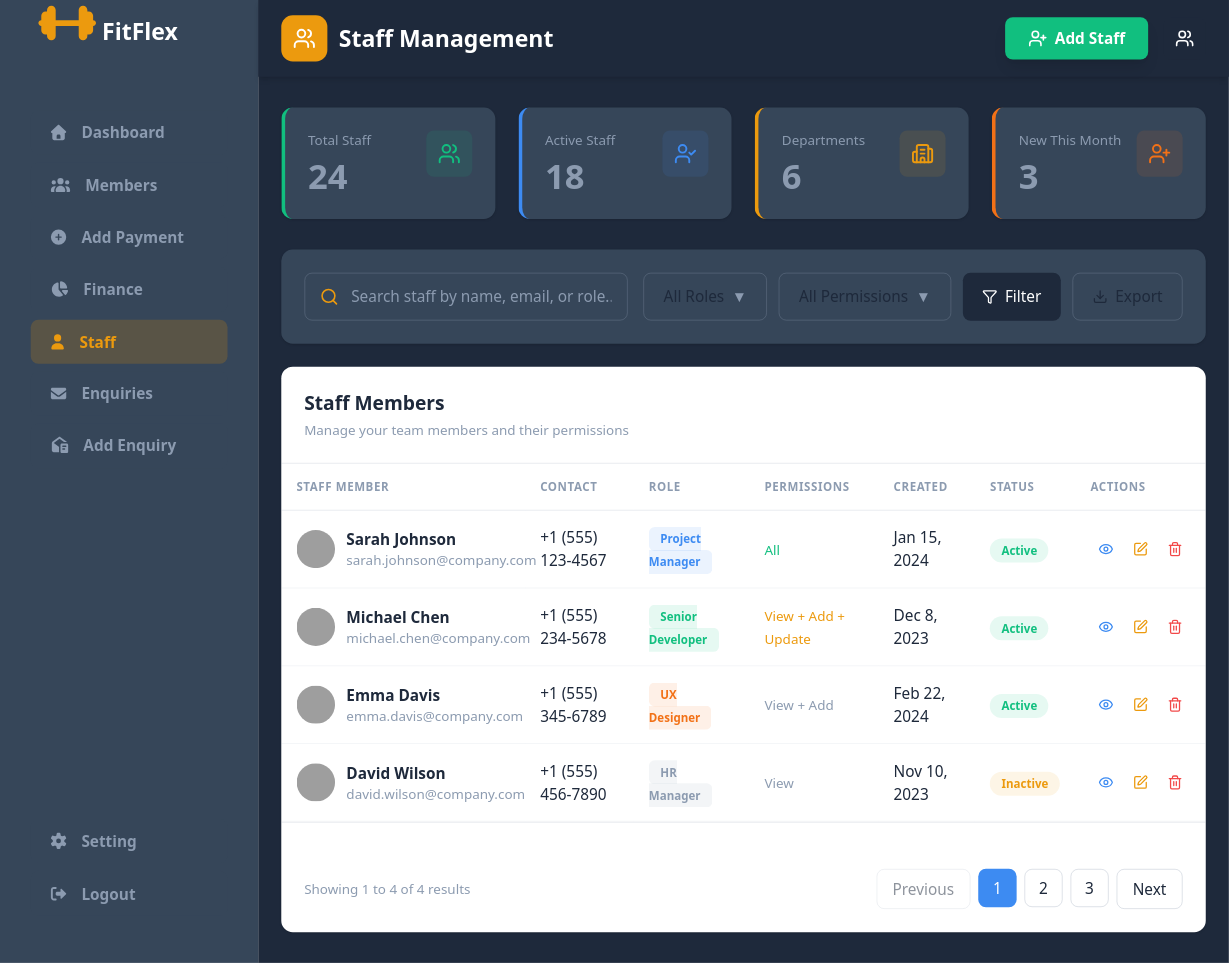
Repository: MuhammadTalhaTaj/gym_management_app_backend
Page: /staff (app in frontend/)
These files come from the project's save history. The page is drawn as it stood at one moment and after the next save; the edit follows.
The browser window is 1280 px wide. The pictures show the whole page, at 96% of full size.
Pictures or frames that could not be fetched are drawn as grey boxes. The project was rebuilt for these pictures with package versions that can differ from the ones it lists, and the page was loaded fresh each time. Also part of the build but not shown: frontend/vite.config.ts, frontend/src/assets/styles/AdminHeader.css, frontend/src/Components/AdminHeader.tsx, frontend/src/assets/styles/AdminDashboard.css, frontend/src/hooks/useDashboardData.ts, frontend/src/assets/styles/AdminDashboardStats.css, frontend/src/Components/AdminDashboardStats.tsx, frontend/src/Components/IncomeExpenseChart.tsx and 30 more.

Above is the page before, as saved 2025-11-21 10:00:24.

### frontend/index.html
<!doctype html>
<html lang="en">

<head>
  <meta charset="UTF-8" />
  <link rel="icon" type="image/svg+xml" href="/vite.svg" />
  <meta name="viewport" content="width=device-width, initial-scale=1.0" />
  <title>GymManagement</title>
  <link rel="preconnect" href="https://fonts.googleapis.com" />
  <link rel="preconnect" href="https://fonts.gstatic.com" crossorigin />
  <link rel="stylesheet" href="https://fonts.googleapis.com/css2?family=Roboto:wght@300;400;500;700&display=swap" />

</head>

<body>
  <div id="root"></div>
  <script type="module" src="/src/main.tsx"></script>
</body>

</html>

### frontend/src/index.css
@import "tailwindcss";
:root{
  padding: 0;
  margin: 0;
  box-sizing: border-box;
  --primary-100:#364659;
  --primary-200:#1E293B;
  --primary-300:#8C9BB0;
  --secondary-100: #EC9A0E;
  --secondary-200:#595446;
  --tertiary-100: #F24949;
  --tertiary-100-30: #584252;
  --tertiary-200: #F47117;
  --tertiary-200-30: #5A4B48;
  --tertiary-300: #11BF7F;
  --tertiary-300-30: #2B595E;
  --tertiary-400: #3D8BF2;
  --tertiary-400-30: #344E75;
  --tertiary-500: #94A3B8;
  --tertiary-600: #1E293B;
}
body{
  padding: 0;
  margin: 0;
}
.adminMain{
  display: flex;
  margin: 0;
  justify-content: space-between;
  padding: 0;
  /* border: 2px solid blue; */
}
@media all and (max-width:700px) {
  .adminMain{
    flex-direction: column;
  }
}

### frontend/src/Components/ProtectedRoute.tsx
import React, { useEffect, useState } from "react";
// import { Navigate } from "react-router-dom";
import { apiRequest } from "../config/api";

type Props = {
  children: React.ReactNode;
};

const getStoredToken = (): string | null => {
  return localStorage.getItem("accessToken") || sessionStorage.getItem("accessToken");
};

export default function ProtectedRoute({ children }: Props) {
  const [status, setStatus] = useState<"pending" | "ok" | "unauth">("pending");

  useEffect(() => {
    let mounted = true;

    const token = getStoredToken();
    if (!token) {
      // no token -> immediately unauth
      if (mounted) setStatus("unauth");
      return;
    }

    const validate = async () => {
      try {
        // call backend authenticate endpoint
        const res = await apiRequest<{ success?: boolean; message?: string; userId?: string }>({
          method: "GET",
          endpoint: "/auth/authenticate"
        });

        // backend returns success:true on valid token
        if (mounted && res && (res as any).success === true) {
          setStatus("ok");
        } else {
          // treat missing success flag as unauth
          if (mounted) setStatus("unauth");
        }
      } catch (err) {
        // any error -> unauth
        if (mounted) setStatus("unauth");
      }
    };

    validate();

    return () => { mounted = false; };
  }, []);

  if (status === "pending") {
    // while checking, render nothing (keep UI/layout unchanged)
    return null;
  }

  if (status === "unauth") {
    // clear tokens to ensure clean state, then redirect
    try {
      localStorage.removeItem("accessToken");
      sessionStorage.removeItem("accessToken");
    } catch (e) {
      // ignore
    }
    // return <Navigate to="/login" replace />;
  }

  // auth ok
  return <>{children}</>;
}

### frontend/src/context/AuthContext.tsx
// src/context/AuthContext.tsx (example)
import React, { createContext, useEffect } from "react";
import { onAuthFailure,
  // setAccessToken as storeAccessToken,
   clearTokens } from "../config/auth";
import { useNavigate } from "react-router-dom";

export const AuthContext = createContext<any>(null);

export const AuthProvider: React.FC<{children:any}> = ({ children }) => {
  const navigate = useNavigate();

  useEffect(() => {
    onAuthFailure(() => {
      // clear local tokens and redirect to login
      clearTokens();
      navigate("/login");
    });
  }, [navigate]);

  return <AuthContext.Provider value={{}}>{children}</AuthContext.Provider>;
};

### frontend/src/pages/Admin/Staff.tsx
import React, { useState } from 'react';
import { Search, Download, Filter, Eye, Edit, Trash2, UserPlus, Users, UserCheck, Building2 } from 'lucide-react';

// Mock data file simulation
const staffData = [
  {
    id: 1,
    name: 'Sarah Johnson',
    email: 'sarah.johnson@company.com',
    phone: '+1 (555) 123-4567',
    role: 'Project Manager',
    permissions: 'All',
    created: 'Jan 15, 2024',
    status: 'Active',
    avatar: 'https://i.pravatar.cc/150?img=1'
  },
  {
    id: 2,
    name: 'Michael Chen',
    email: 'michael.chen@company.com',
    phone: '+1 (555) 234-5678',
    role: 'Senior Developer',
    permissions: 'View + Add + Update',
    created: 'Dec 8, 2023',
    status: 'Active',
    avatar: 'https://i.pravatar.cc/150?img=2'
  },
  {
    id: 3,
    name: 'Emma Davis',
    email: 'emma.davis@company.com',
    phone: '+1 (555) 345-6789',
    role: 'UX Designer',
    permissions: 'View + Add',
    created: 'Feb 22, 2024',
    status: 'Active',
    avatar: 'https://i.pravatar.cc/150?img=3'
  },
  {
    id: 4,
    name: 'David Wilson',
    email: 'david.wilson@company.com',
    phone: '+1 (555) 456-7890',
    role: 'HR Manager',
    permissions: 'View',
    created: 'Nov 10, 2023',
    status: 'Inactive',
    avatar: 'https://i.pravatar.cc/150?img=4'
  }
];

const statsData = [
  { label: 'Total Staff', value: 24, icon: Users, color: 'bg-[#11BF7F]/10', iconColor: 'text-[#11BF7F]', borderColor: 'border-l-[#11BF7F]' },
  { label: 'Active Staff', value: 18, icon: UserCheck, color: 'bg-[#3D8BF2]/10', iconColor: 'text-[#3D8BF2]', borderColor: 'border-l-[#3D8BF2]' },
  { label: 'Departments', value: 6, icon: Building2, color: 'bg-[#EC9A0E]/10', iconColor: 'text-[#EC9A0E]', borderColor: 'border-l-[#EC9A0E]' },
  { label: 'New This Month', value: 3, icon: UserPlus, color: 'bg-[#F27117]/10', iconColor: 'text-[#F27117]', borderColor: 'border-l-[#F27117]' }
];

// Components
const StatCard = ({ stat }) => {
  const Icon = stat.icon;
  return (
    <div className={`bg-[var(--primary-100)] rounded-xl p-6 border-l-4 ${stat.borderColor} shadow-sm hover:shadow-md transition-shadow`}>
      <div className="flex items-start justify-between">
        <div>
          <p className="text-[#8C9BB0] text-sm font-medium mb-2">{stat.label}</p>
          <h3 className="text-[var(--primary-300)] text-4xl font-bold">{stat.value}</h3>
        </div>
        <div className={`${stat.color} ${stat.iconColor} p-3 rounded-lg`}>
          <Icon className="w-6 h-6" />
        </div>
      </div>
    </div>
  );
};

const SearchBar = ({ value, onChange }) => (
  <div className="relative flex-1 max-w-md">
    <Search className="absolute left-4 top-1/2 -translate-y-1/2 w-5 h-5 text-[var(--secondary-100)]" />
    <input
      type="text"
      value={value}
      onChange={(e) => onChange(e.target.value)}
      placeholder="Search staff by name, email, or role..."
      className="w-full pl-12 pr-4 py-3 rounded-lg border border-[#8C9BB0]/30 focus:outline-none focus:ring-2 focus:ring-[#3D8BF2] focus:border-transparent text-[var(--primary-300)] placeholder:text-[var(--primary-300)]"
    />
  </div>
);

const FilterButton = ({ children, onClick }) => (
  <button
    onClick={onClick}
    className="px-5 py-3 rounded-lg border border-[#8C9BB0]/30 text-[#1E293B] font-medium hover:bg-[#F8FAFC] transition-colors flex items-center gap-2"
  >
    {children}
  </button>
);

const ActionButton = ({ icon: Icon, onClick, variant = 'default' }) => {
  const colors = {
    view: 'text-[#3D8BF2] hover:bg-[#3D8BF2]/10',
    edit: 'text-[#EC9A0E] hover:bg-[#EC9A0E]/10',
    delete: 'text-[#F24949] hover:bg-[#F24949]/10'
  };

  return (
    <button
      onClick={onClick}
      className={`p-2 rounded-lg transition-colors ${colors[variant]}`}
    >
      <Icon className="w-4 h-4" />
    </button>
  );
};

const StatusBadge = ({ status }) => {
  const isActive = status === 'Active';
  return (
    <span className={`px-3 py-1 rounded-full text-xs font-semibold ${
      isActive
        ? 'bg-[#11BF7F]/10 text-[#11BF7F]'
        : 'bg-[#EC9A0E]/10 text-[#EC9A0E]'
    }`}>
      {status}
    </span>
  );
};

const RoleBadge = ({ role }) => {
  const colors = {
    'Project Manager': 'bg-[#3D8BF2]/10 text-[#3D8BF2]',
    'Senior Developer': 'bg-[#11BF7F]/10 text-[#11BF7F]',
    'UX Designer': 'bg-[#F27117]/10 text-[#F27117]',
    'HR Manager': 'bg-[#8C9BB0]/10 text-[#8C9BB0]'
  };

  return (
    <span className={`px-3 py-1 rounded-md text-xs font-semibold ${colors[role] || 'bg-gray-100 text-gray-700'}`}>
      {role}
    </span>
  );
};

const PermissionBadge = ({ permissions }) => {
  const getColor = () => {
    if (permissions === 'All') return 'text-[#11BF7F]';
    if (permissions.includes('Update')) return 'text-[#EC9A0E]';
    if (permissions.includes('Add')) return 'text-[#8C9BB0]';
    return 'text-[#8C9BB0]';
  };

  return (
    <span className={`text-sm font-medium ${getColor()}`}>
      {permissions}
    </span>
  );
};

const StaffTable = ({ data, onView, onEdit, onDelete }) => (
  <div className="overflow-x-auto">
    <table className="w-full">
      <thead>
        <tr className="border-b border-[#8C9BB0]/20">
          <th className="text-left py-4 px-4 text-xs font-semibold text-[#8C9BB0] uppercase tracking-wider">Staff Member</th>
          <th className="text-left py-4 px-4 text-xs font-semibold text-[#8C9BB0] uppercase tracking-wider">Contact</th>
          <th className="text-left py-4 px-4 text-xs font-semibold text-[#8C9BB0] uppercase tracking-wider">Role</th>
          <th className="text-left py-4 px-4 text-xs font-semibold text-[#8C9BB0] uppercase tracking-wider">Permissions</th>
          <th className="text-left py-4 px-4 text-xs font-semibold text-[#8C9BB0] uppercase tracking-wider">Created</th>
          <th className="text-left py-4 px-4 text-xs font-semibold text-[#8C9BB0] uppercase tracking-wider">Status</th>
          <th className="text-left py-4 px-4 text-xs font-semibold text-[#8C9BB0] uppercase tracking-wider">Actions</th>
        </tr>
      </thead>
      <tbody>
        {data.map((staff) => (
          <tr key={staff.id} className="border-b border-[#8C9BB0]/10 hover:bg-[#F8FAFC] transition-colors">
            <td className="py-4 px-4">
              <div className="flex items-center gap-3">
                <img src={staff.avatar} alt={staff.name} className="w-10 h-10 rounded-full object-cover" />
                <div>
                  <p className="font-semibold text-[#1E293B]">{staff.name}</p>
                  <p className="text-sm text-[#8C9BB0]">{staff.email}</p>
                </div>
              </div>
            </td>
            <td className="py-4 px-4 text-[#1E293B]">{staff.phone}</td>
            <td className="py-4 px-4">
              <RoleBadge role={staff.role} />
            </td>
            <td className="py-4 px-4">
              <PermissionBadge permissions={staff.permissions} />
            </td>
            <td className="py-4 px-4 text-[#1E293B]">{staff.created}</td>
            <td className="py-4 px-4">
              <StatusBadge status={staff.status} />
            </td>
            <td className="py-4 px-4">
              <div className="flex items-center gap-1">
                <ActionButton icon={Eye} onClick={() => onView(staff.id)} variant="view" />
                <ActionButton icon={Edit} onClick={() => onEdit(staff.id)} variant="edit" />
                <ActionButton icon={Trash2} onClick={() => onDelete(staff.id)} variant="delete" />
              </div>
            </td>
          </tr>
        ))}
      </tbody>
    </table>
  </div>
);

const Pagination = ({ currentPage, totalPages, onPageChange }) => (
  <div className="flex items-center justify-between mt-6">
    <p className="text-sm text-[#8C9BB0]">
      Showing 1 to 4 of {staffData.length} results
    </p>
    <div className="flex gap-2">
      <button
        onClick={() => onPageChange(currentPage - 1)}
        disabled={currentPage === 1}
        className="px-4 py-2 rounded-lg border border-[#8C9BB0]/30 text-[#1E293B] font-medium hover:bg-[#F8FAFC] disabled:opacity-50 disabled:cursor-not-allowed transition-colors"
      >
        Previous
      </button>
      {[...Array(totalPages)].map((_, i) => (
        <button
          key={i + 1}
          onClick={() => onPageChange(i + 1)}
          className={`w-10 h-10 rounded-lg font-medium transition-colors ${
            currentPage === i + 1
              ? 'bg-[#3D8BF2] text-white'
              : 'border border-[#8C9BB0]/30 text-[#1E293B] hover:bg-[#F8FAFC]'
          }`}
        >
          {i + 1}
        </button>
      ))}
      <button
        onClick={() => onPageChange(currentPage + 1)}
        disabled={currentPage === totalPages}
        className="px-4 py-2 rounded-lg border border-[#8C9BB0]/30 text-[#1E293B] font-medium hover:bg-[#F8FAFC] disabled:opacity-50 disabled:cursor-not-allowed transition-colors"
      >
        Next
      </button>
    </div>
  </div>
);

// Main Component
const Staff = () => {
  const [searchTerm, setSearchTerm] = useState('');
  const [currentPage, setCurrentPage] = useState(1);
  const [selectedRole, setSelectedRole] = useState('All Roles');
  const [selectedPermission, setSelectedPermission] = useState('All Permissions');

  const filteredData = staffData.filter(staff =>
    staff.name.toLowerCase().includes(searchTerm.toLowerCase()) ||
    staff.email.toLowerCase().includes(searchTerm.toLowerCase()) ||
    staff.role.toLowerCase().includes(searchTerm.toLowerCase())
  );

  const handleView = (id) => console.log('View staff:', id);
  const handleEdit = (id) => console.log('Edit staff:', id);
  const handleDelete = (id) => console.log('Delete staff:', id);

  return (
    <div className="min-h-screen bg-[var(--primary-200)]">
      {/* Header */}
      <header className="bg-[var(--primary-200)] shadow-md">
        <div className="max-w-[1600px] mx-auto px-6 py-4 flex items-center justify-between">
          <div className="flex items-center gap-3">
            <div className="bg-[var(--secondary-100)] p-3 rounded-xl">
              <Users className="w-6 h-6 text-white" />
            </div>
            <h1 className="text-white text-2xl font-bold">Staff Management</h1>
          </div>
          <div className="flex items-center gap-4">
            <button className="bg-[#11BF7F] hover:bg-[#11BF7F]/90 text-white px-6 py-2.5 rounded-lg font-semibold flex items-center gap-2 transition-colors shadow-lg">
              <UserPlus className="w-5 h-5" />
              Add Staff
            </button>
            <button className="bg-[#1E293B] hover:bg-[#1E293B]/90 text-white w-11 h-11 rounded-lg flex items-center justify-center transition-colors">
              <Users className="w-5 h-5" />
            </button>
          </div>
        </div>
      </header>

      {/* Main Content */}
      <main className="max-w-[1600px] mx-auto px-6 py-8">
        {/* Stats Grid */}
        <div className="grid grid-cols-1 md:grid-cols-2 lg:grid-cols-4 gap-6 mb-8">
          {statsData.map((stat, index) => (
            <StatCard key={index} stat={stat} />
          ))}
        </div>

        {/* Filters Section */}
        <div className="bg-[var(--primary-100)] rounded-xl shadow-sm p-6 mb-6">
          <div className="flex flex-col lg:flex-row gap-4 items-start lg:items-center">
            <SearchBar value={searchTerm} onChange={setSearchTerm} />
            <div className="flex flex-wrap gap-3">
              <FilterButton>
                {selectedRole}
                <span className="text-[#8C9BB0]">▼</span>
              </FilterButton>
              <FilterButton>
                {selectedPermission}
                <span className="text-[#8C9BB0]">▼</span>
              </FilterButton>
              <button className="px-5 py-3 rounded-lg bg-[#1E293B] text-white font-medium hover:bg-[#1E293B]/90 transition-colors flex items-center gap-2">
                <Filter className="w-4 h-4" />
                Filter
              </button>
              <button className="px-5 py-3 rounded-lg border border-[#8C9BB0]/30 text-[#1E293B] font-medium hover:bg-[#F8FAFC] transition-colors flex items-center gap-2">
                <Download className="w-4 h-4" />
                Export
              </button>
            </div>
          </div>
        </div>

        {/* Staff Table */}
        <div className="bg-white rounded-xl shadow-sm overflow-hidden">
          <div className="p-6 border-b border-[#8C9BB0]/20">
            <h2 className="text-xl font-bold text-[#1E293B]">Staff Members</h2>
            <p className="text-[#8C9BB0] text-sm mt-1">Manage your team members and their permissions</p>
          </div>

          <StaffTable
            data={filteredData}
            onView={handleView}
            onEdit={handleEdit}
            onDelete={handleDelete}
          />

          <div className="p-6 border-t border-[#8C9BB0]/20">
            <Pagination
              currentPage={currentPage}
              totalPages={3}
              onPageChange={setCurrentPage}
            />
          </div>
        </div>
      </main>
    </div>
  );
};

export default Staff;

### frontend/src/config/auth.ts
// src/config/auth.ts
const ACCESS_TOKEN_KEY = "accessToken";

/**
 * Read access token (prefers localStorage, fallbacks to sessionStorage)
 */
export function readAccessToken(): string | null {
  return localStorage.getItem(ACCESS_TOKEN_KEY) || sessionStorage.getItem(ACCESS_TOKEN_KEY);
}

/**
 * Store access token.
 * If `persist` true -> save to localStorage, otherwise sessionStorage.
 */
export function setAccessToken(token: string | null, persist = true) {
  if (!token) {
    localStorage.removeItem(ACCESS_TOKEN_KEY);
    sessionStorage.removeItem(ACCESS_TOKEN_KEY);
    return;
  }
  if (persist) {
    localStorage.setItem(ACCESS_TOKEN_KEY, token);
    sessionStorage.removeItem(ACCESS_TOKEN_KEY);
  } else {
    sessionStorage.setItem(ACCESS_TOKEN_KEY, token);
    localStorage.removeItem(ACCESS_TOKEN_KEY);
  }
}

/**
 * Clear tokens
 */
export function clearTokens() {
  localStorage.removeItem(ACCESS_TOKEN_KEY);
  sessionStorage.removeItem(ACCESS_TOKEN_KEY);
}

/**
 * Call refresh endpoint to obtain a fresh access token.
 * Note: This request includes credentials because your backend may store refresh token in an httpOnly cookie.
 */
let AUTH_BASE_URL = (import.meta.env.VITE_API_URL || "http://localhost:4000").replace(/\/$/, "");

export async function refreshAccessToken(): Promise<string> {
  const url = `${AUTH_BASE_URL}/auth/refreshToken`;

  const res = await fetch(url, {
    method: "POST",
    // include cookies to allow the server to find httpOnly refresh cookie
    credentials: "include",
    headers: {
      "Content-Type": "application/json"
    },
    // no body needed because your server reads cookie/header
  });

  // If server returns non-JSON or non-ok, try to parse but handle gracefully
  let data: any = {};
  try {
    data = await res.json();
  } catch (e) {
    // ignore parse error
  }

  if (!res.ok) {
    // throw useful error with body message if present
    const message = data?.message || `Failed to refresh access token (status ${res.status})`;
    throw new Error(message);
  }

  if (!data?.accessToken) {
    throw new Error("Refresh succeeded but no accessToken returned");
  }

  // store returned token (persist behavior up to you; default persist)
  setAccessToken(data.accessToken, true);
  return data.accessToken;
}

/**
 * App-level callback when refresh fails (e.g., redirect to /login)
 */
let authFailureHandler: (() => void) | null = null;
export function onAuthFailure(handler: () => void) {
  authFailureHandler = handler;
}
export function callAuthFailureHandler() {
  if (typeof authFailureHandler === "function") authFailureHandler();
}

Loaded but not shown: frontend/src/main.tsx (common file); frontend/src/Components/AdminSidebar.tsx (181 lines, source omitted); frontend/src/config/api.ts (123 lines, source omitted); frontend/src/App.tsx (71 lines, source omitted); frontend/src/assets/styles/AdminSidebar.css (138 lines, source omitted); frontend/src/pages/Admin/AddStaff.tsx (no stored copy; drawn as an empty file)

After the next save:
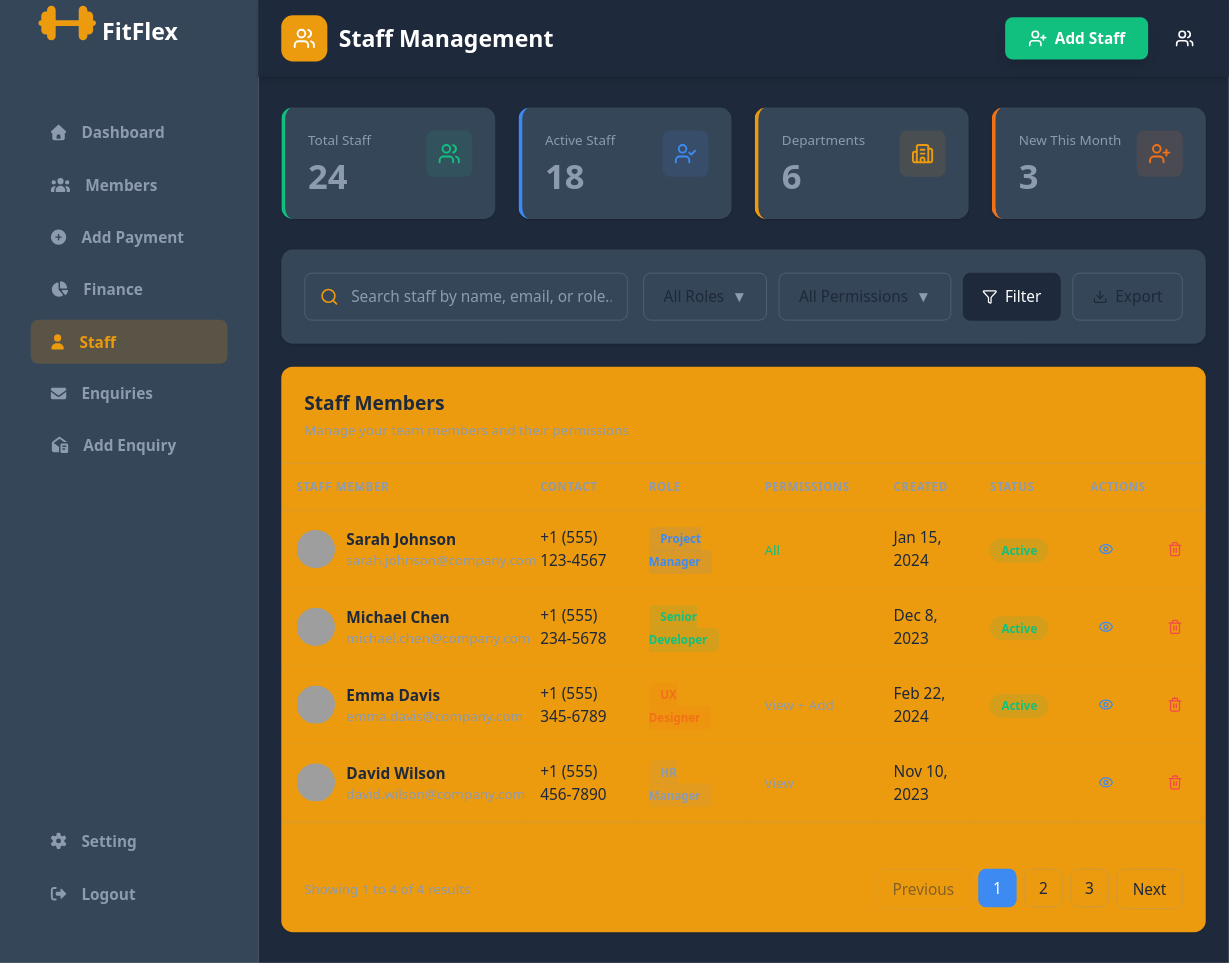
Saved 58 s later.
--- a/frontend/src/pages/Admin/Staff.tsx
+++ b/frontend/src/pages/Admin/Staff.tsx
@@ -319,7 +319,7 @@ const Staff = () => {
         </div>
 
         {/* Staff Table */}
-        <div className="bg-white rounded-xl shadow-sm overflow-hidden">
+        <div className="bg-[var(--secondary-100)] rounded-xl shadow-sm overflow-hidden">
           <div className="p-6 border-b border-[#8C9BB0]/20">
             <h2 className="text-xl font-bold text-[#1E293B]">Staff Members</h2>
             <p className="text-[#8C9BB0] text-sm mt-1">Manage your team members and their permissions</p>
